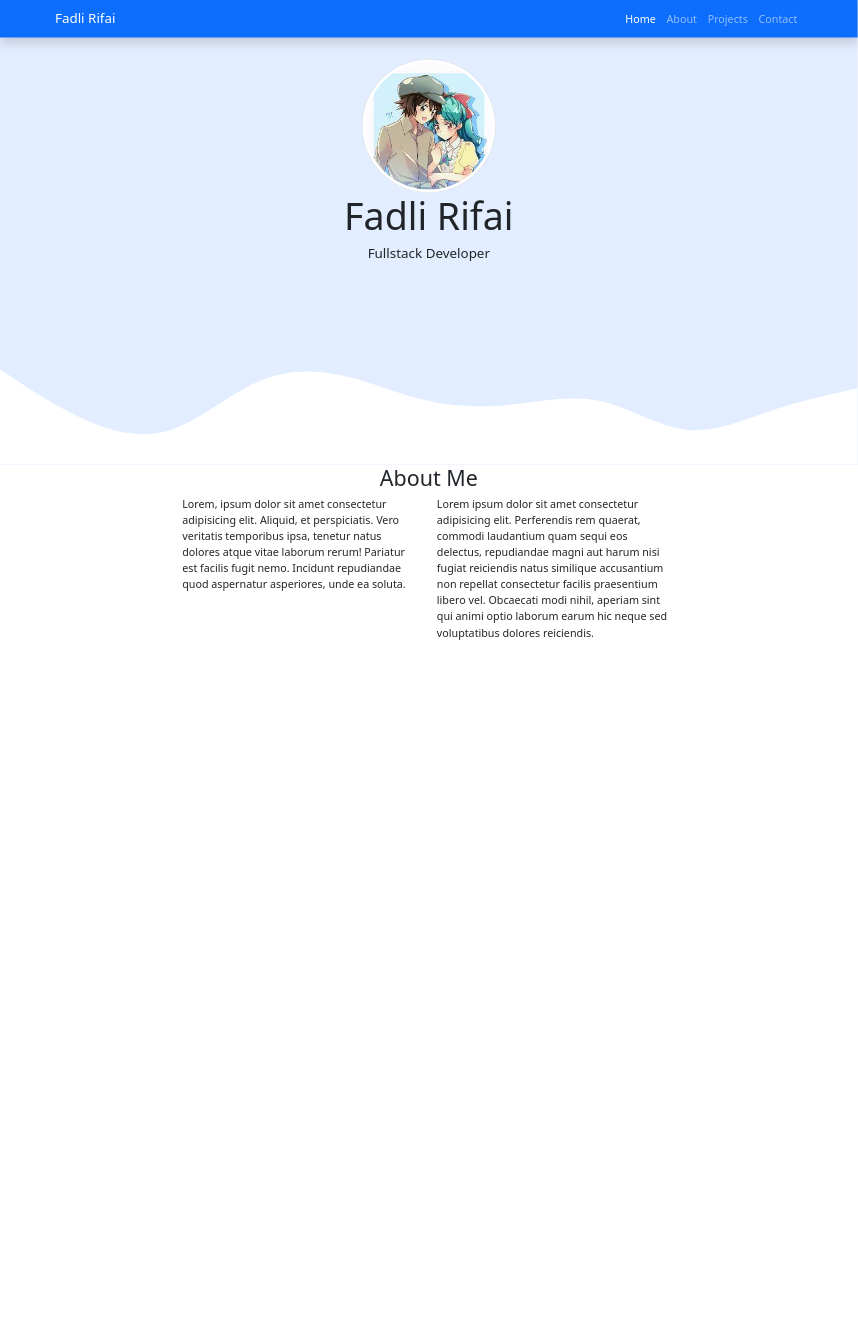
Repository: fadlyyy/fadli-dev.github.io
Page: index.html
The author's editor kept a copy of each file at every save. The page is drawn from the files as they stood at one save, then again after the next save.
The browser window is 1280 px wide. The pictures show the whole page, at 67% of full size.

Above is the page before, as saved 2024-01-19 10:30:59.

After the next save:
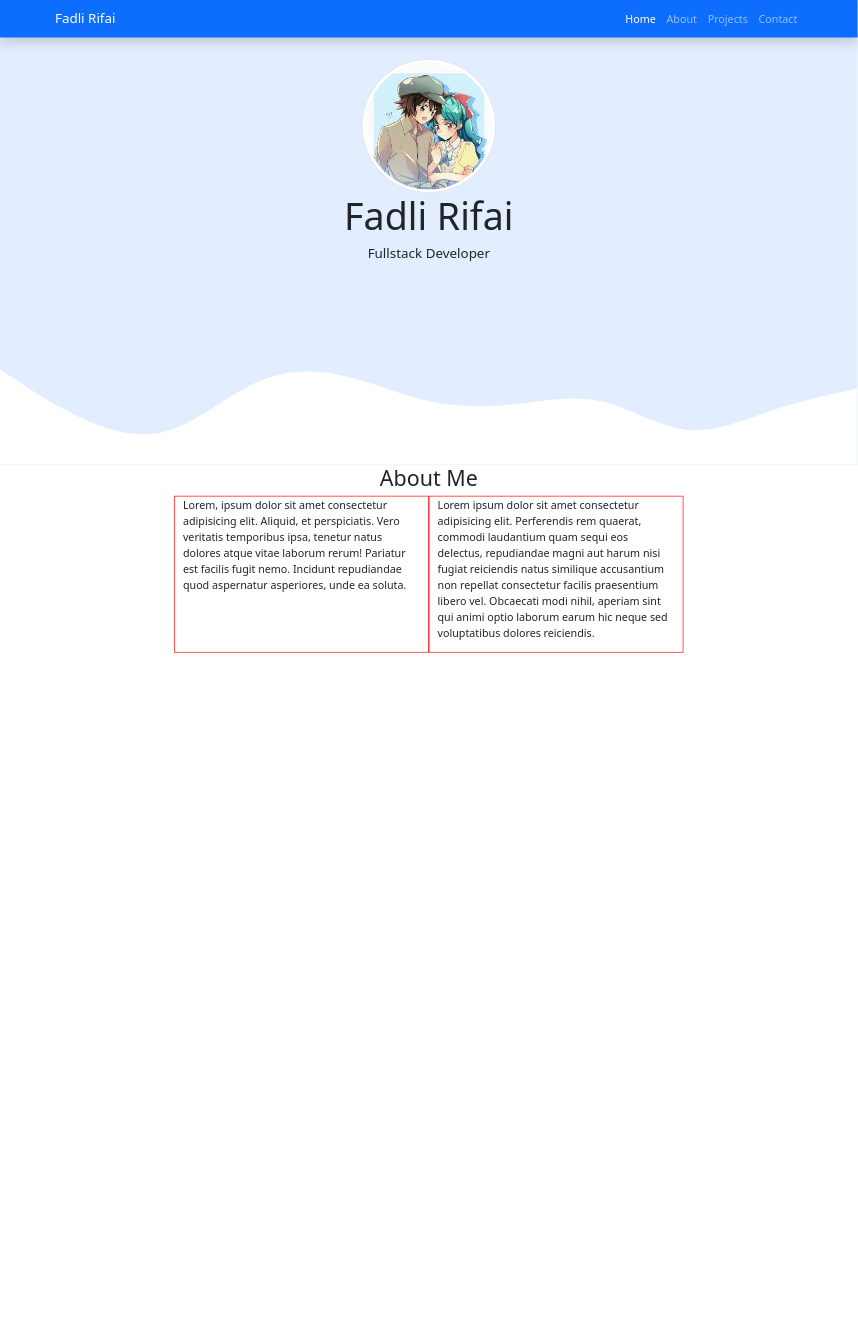
Saved 18 s later.
--- a/style.css
+++ b/style.css
@@ -6,3 +6,7 @@ body {
   padding-top: 2rem;
   background-color: #e2edff;
 }
+
+.cek div {
+  border: 1px solid red;
+}
